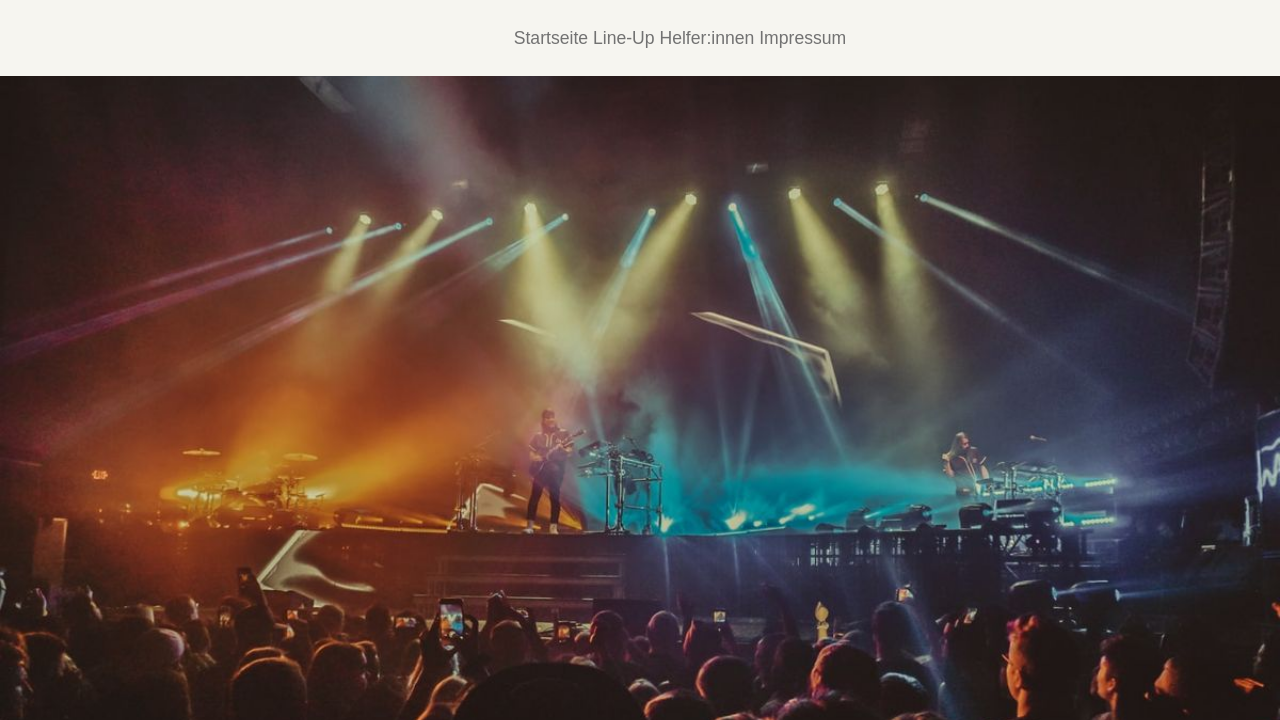
Repository: Hajimohammadi-KI/Web-Technologien
Page: index.html
An editor plug-in stored every save of this project. The page is shown before and after the next save, followed by the edit.
The browser window is 1280 px wide. The pictures show the whole page.

Above is the page before, as saved 2025-10-01 13:57:55.

After the next save:
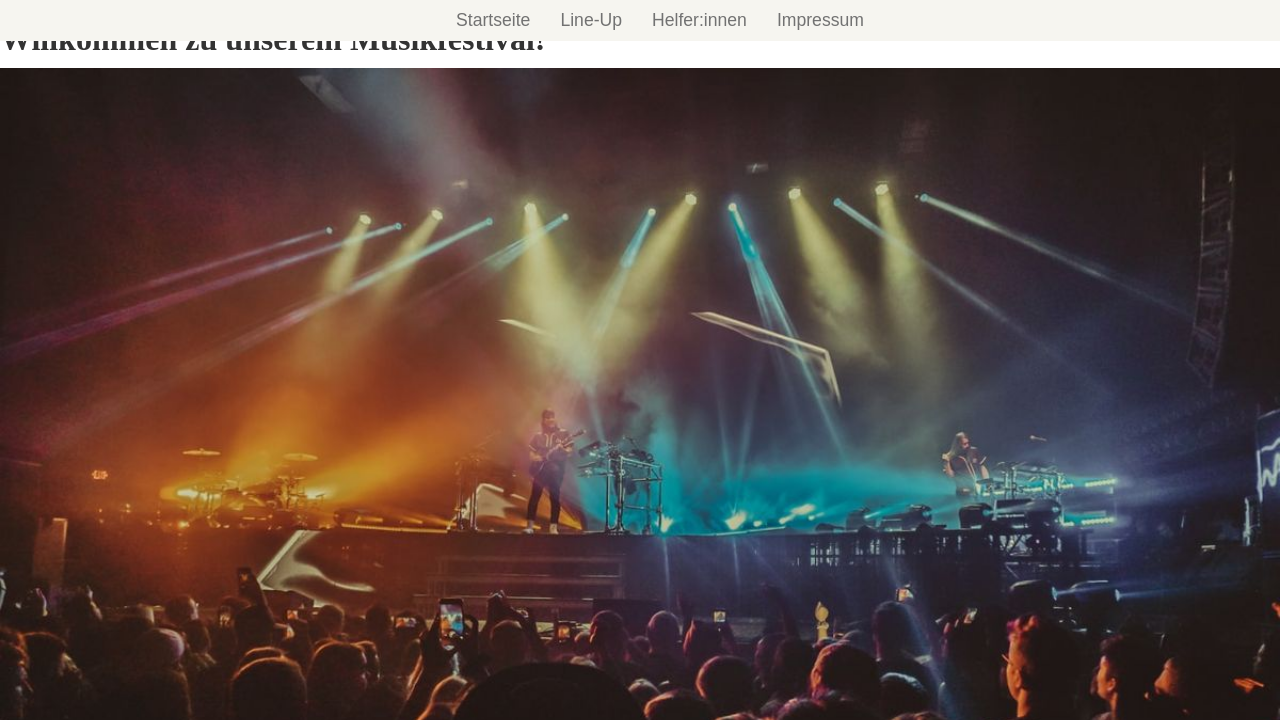
Saved 5 min 21 s later.
--- a/index.html
+++ b/index.html
@@ -8,7 +8,7 @@
 </head>
 <body>
     <nav>
-      <ul>
+
         <a href="index.html">Startseite</a>
         <a href="lineup.html">Line-Up</a>
         <a href="helfer.html">Helfer:innen</a>
